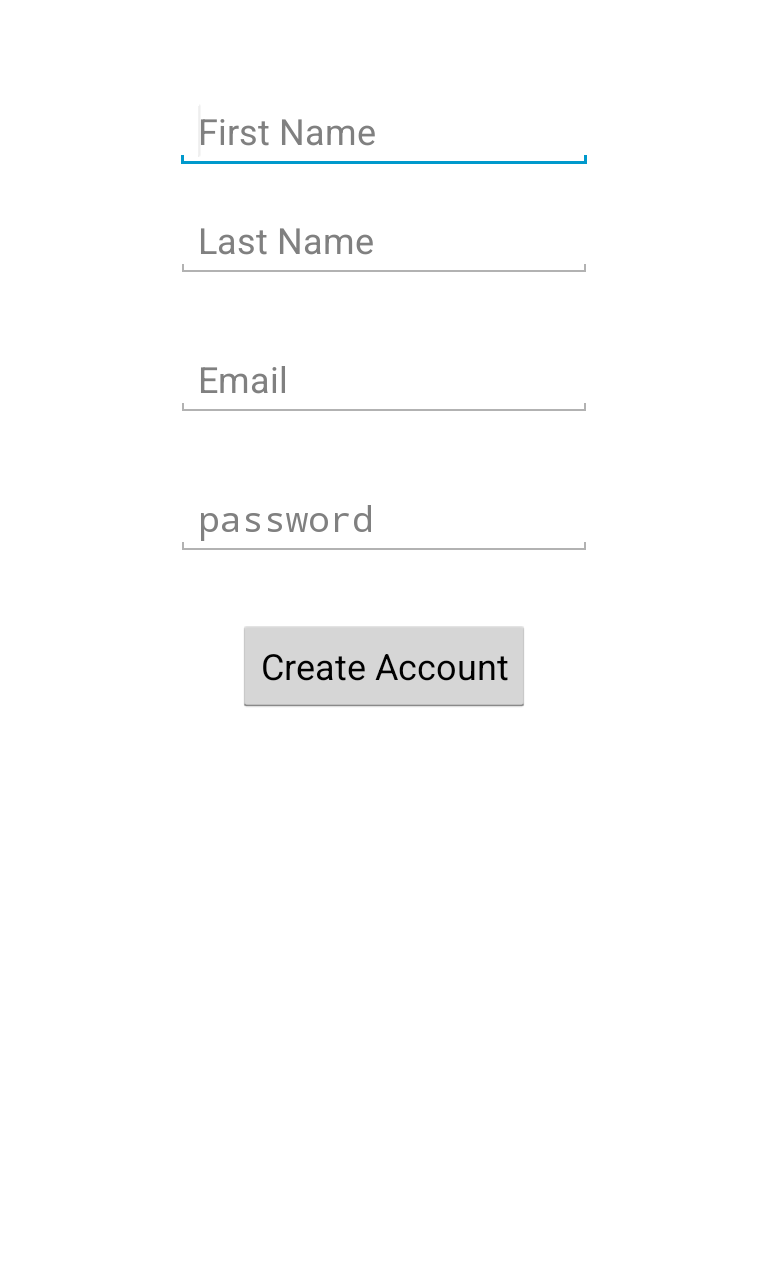
Repository: NarenPamza/Android_Template
Layout: LastNightParty/res/layout/activity_create_new_account.xml
An editor plug-in stored every save of this project. The layout is shown before and after the next save, followed by the edit.
It is drawn on a 768 x 1280 px phone screen (xhdpi) without system bars, with theme AppTheme; the app's code is not run. The app's manifest (not shown) leaves right-to-left support off. So textAlignment, textDirection and layoutDirection are ignored, and left and right values win over start and end ones.

Above is the layout before, as saved 2015-12-25 14:59:27.

After the next save:
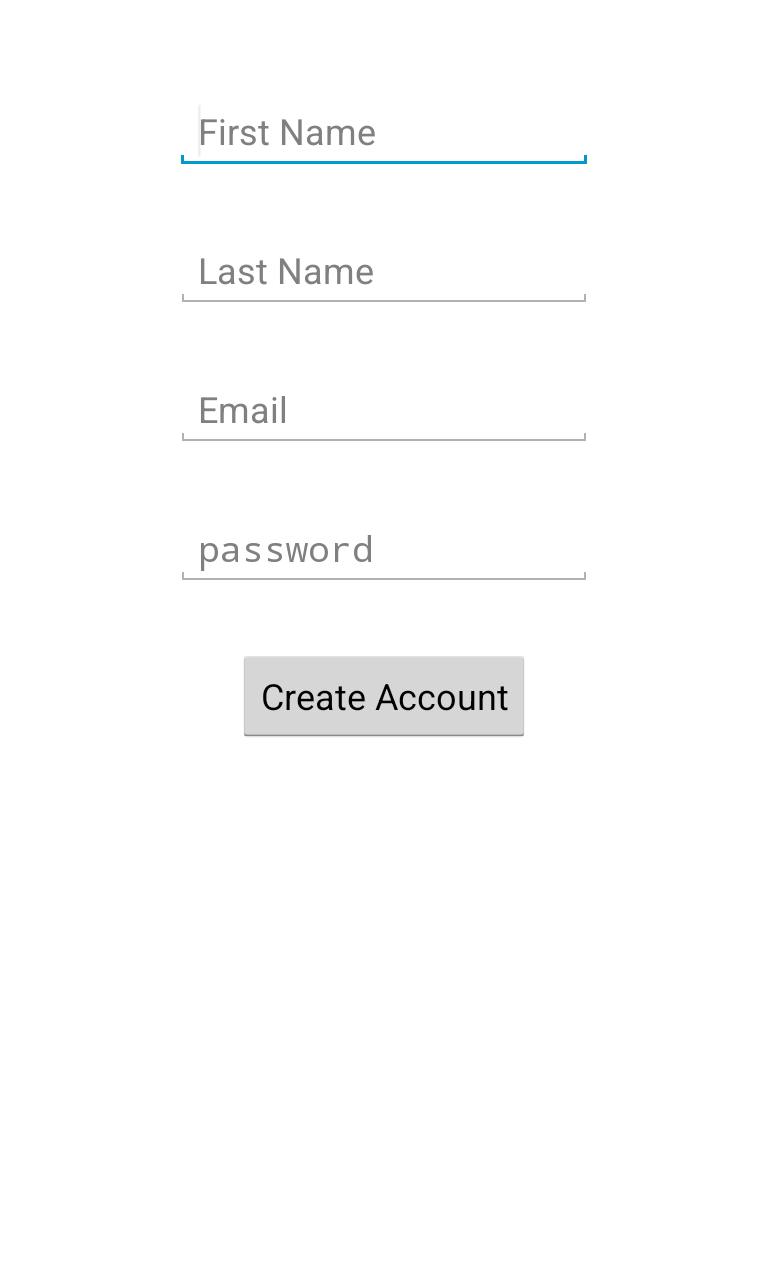
Saved 6 s later.
--- a/LastNightParty/res/layout/activity_create_new_account.xml
+++ b/LastNightParty/res/layout/activity_create_new_account.xml
@@ -62,7 +62,7 @@
         android:layout_height="wrap_content"
         android:layout_alignStart="@+id/first_name"
         android:layout_below="@+id/first_name"
-        android:layout_marginTop="15dp"
+        android:layout_marginTop="30dp"
         android:ems="10"
         android:hint="@string/last_name"
         android:inputType="textPersonName"
